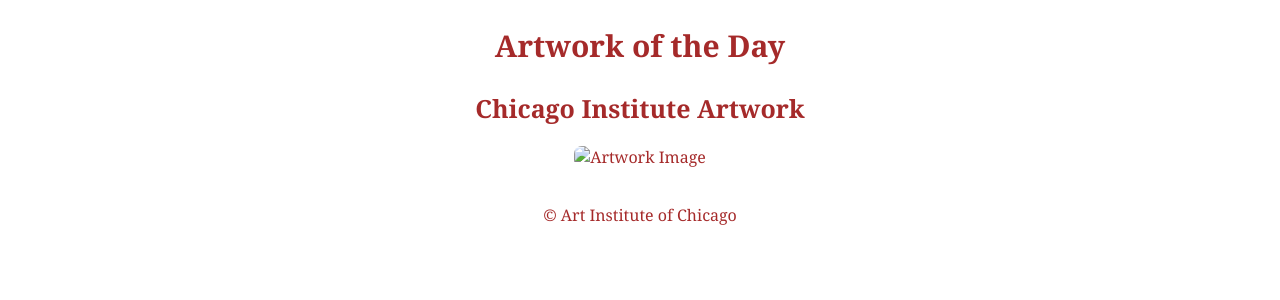
Repository: Bearandbird/amber-hinojos-API-project-haumea
Page: index.html
An editor plug-in stored every save of this project. The page is shown before and after the next save, followed by the edit.
The browser window is 1280 px wide. The pictures show the whole page.
The page's requests for data from a server got no answer.

Above is the page before, as saved 2024-05-25 08:37:31.

After the next save:
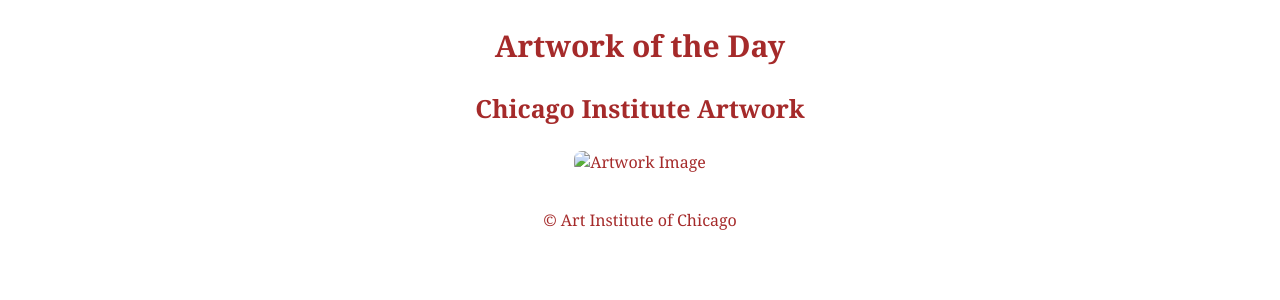
Saved 2 min 7 s later.
--- a/index.css
+++ b/index.css
@@ -17,10 +17,13 @@
 
   h3 {
     color:slategrey;
+    font-style: italic;
+    font-size: 20px;
     font-weight: lighter;
   }
 
   h4{
+    font-size: 20px;
     font-weight: lighter;
   }
 
